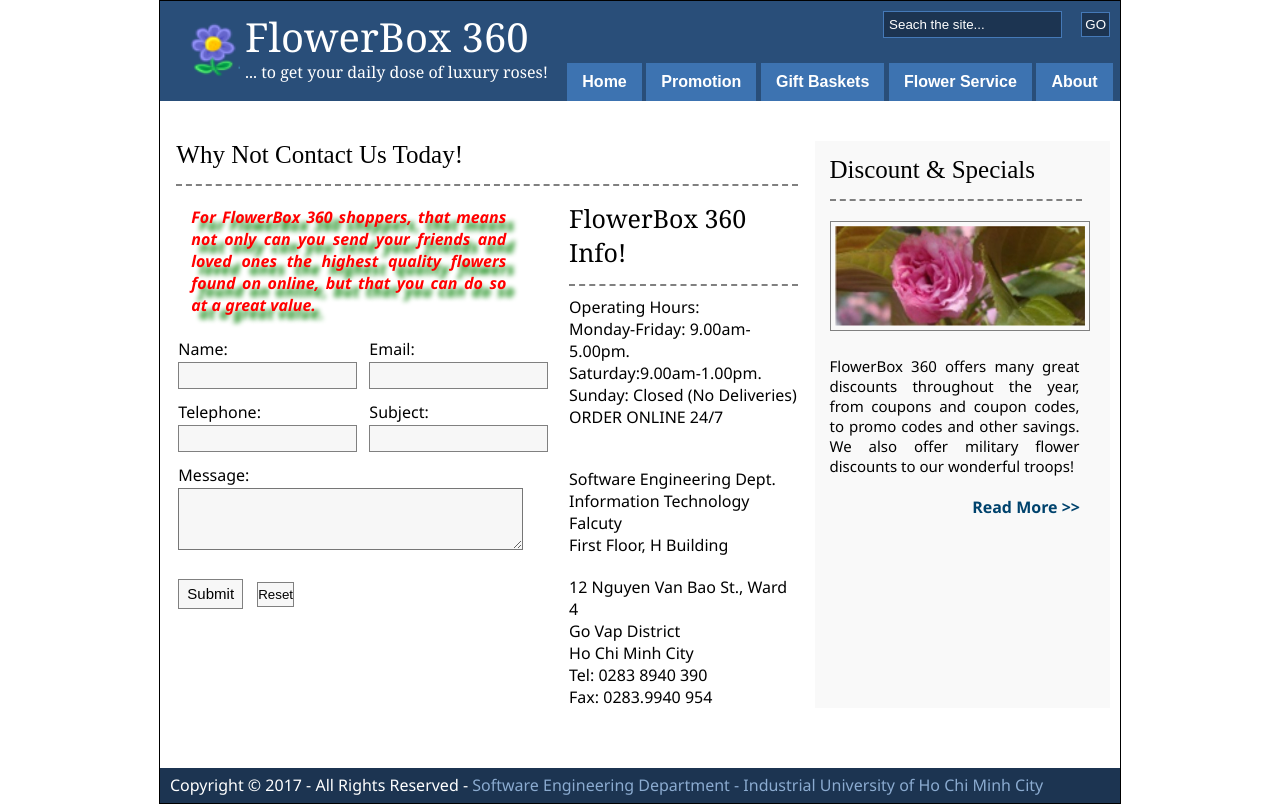
Repository: thu1365/BTKT_WEB
Page: HTML/btkt.html
The author's editor kept a copy of each file at every save. The page is drawn from the files as they stood at one save, then again after the next save.
The browser window is 1280 px wide. The pictures show the whole page.

Above is the page before, as saved 2023-03-11 21:16:37.

After the next save:
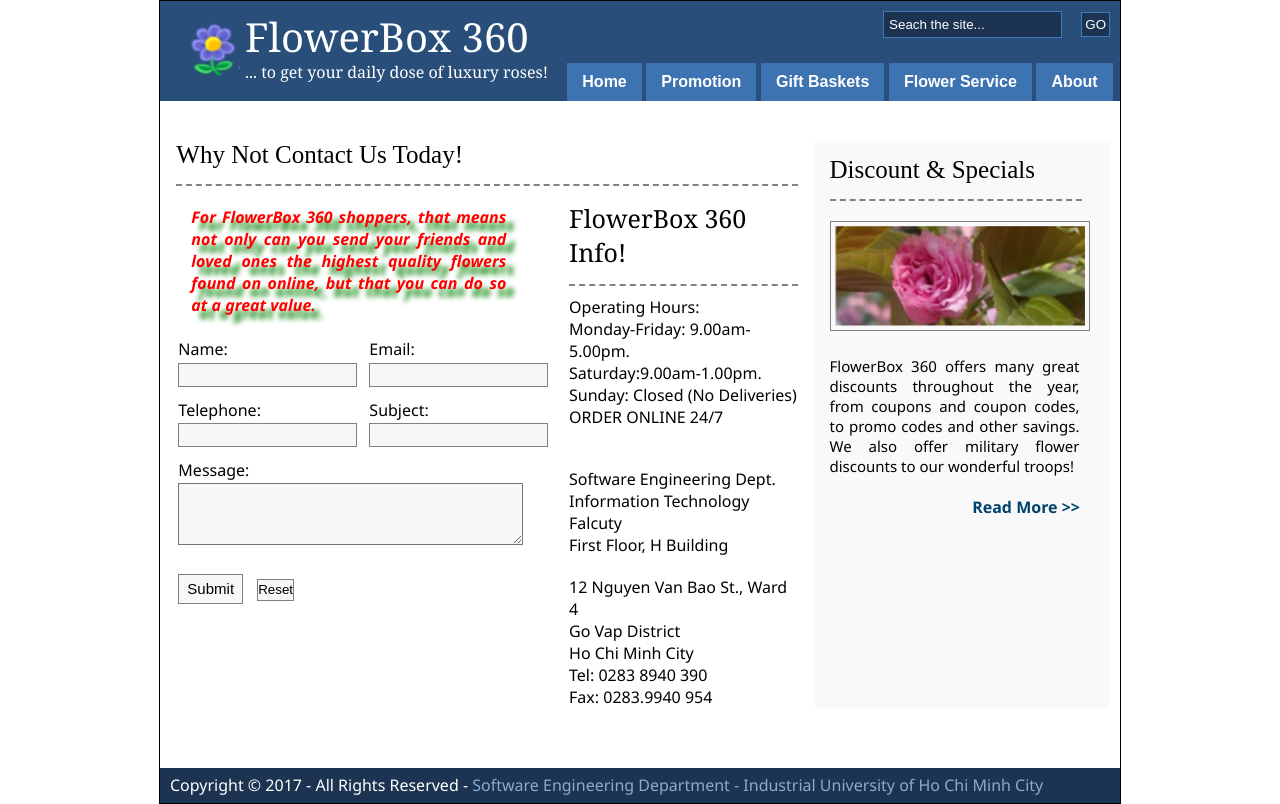
Saved 53 s later.
--- a/HTML/btkt.html
+++ b/HTML/btkt.html
@@ -178,7 +178,7 @@
         }
 
         table input {
-            height: 25px;
+            height: 22px;
             margin-right: 10px;
             margin-bottom: 10px;
             background-color: #f7f7f7;
